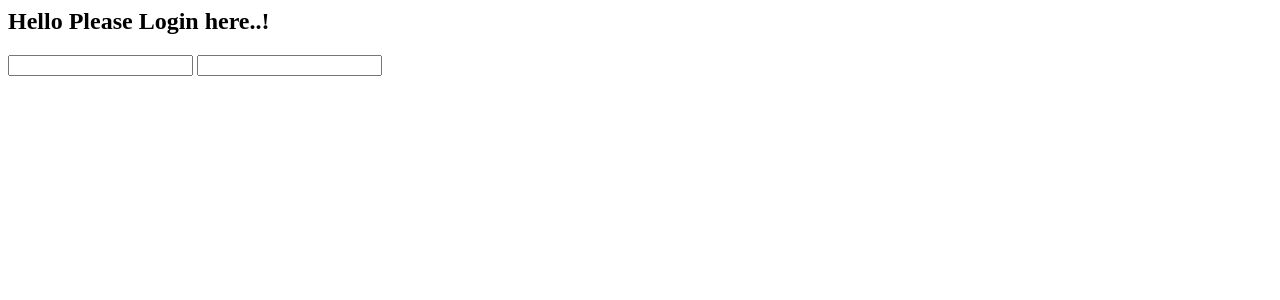
Repository: Yogesh12P/BridgeLabzJava
Page: http://localhost/LoginFormUsingSpringMvc/
These files come from the project's save history. The page is drawn as it stood at one moment and after the next save; the edit follows.
The browser window is 1280 px wide. The pictures show the whole page.
The page is served by Tomcat 9.

Above is the page before, as saved 2017-11-14 05:59:21.

After the next save:
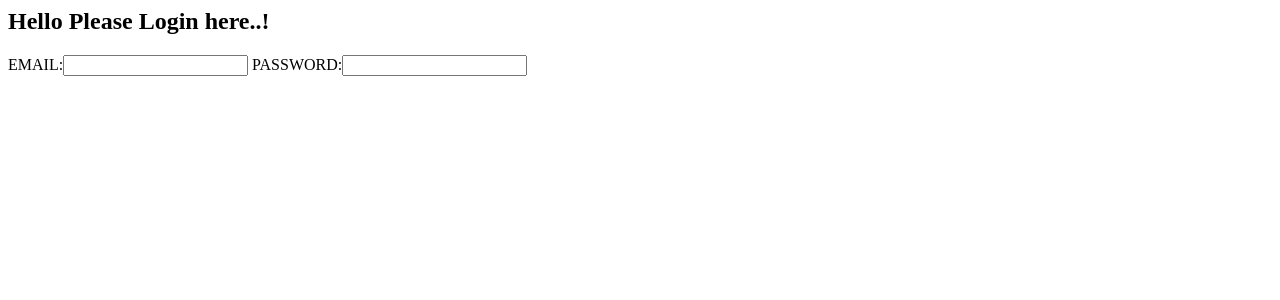
Saved 22 s later.
--- a/LoginFormUsingSpringMvc/src/main/webapp/index.jsp
+++ b/LoginFormUsingSpringMvc/src/main/webapp/index.jsp
@@ -2,8 +2,8 @@
 <body>
 <h2>Hello Please Login here..!</h2>
 	<form action="login">
-		<input type="text" name="email" id="email">
-		<input type="text" name="password" id="password">
+		EMAIL:<input type="text" name="email" id="email">
+		PASSWORD:<input type="text" name="password" id="password">
 	</form>
 </body>
 </html>
